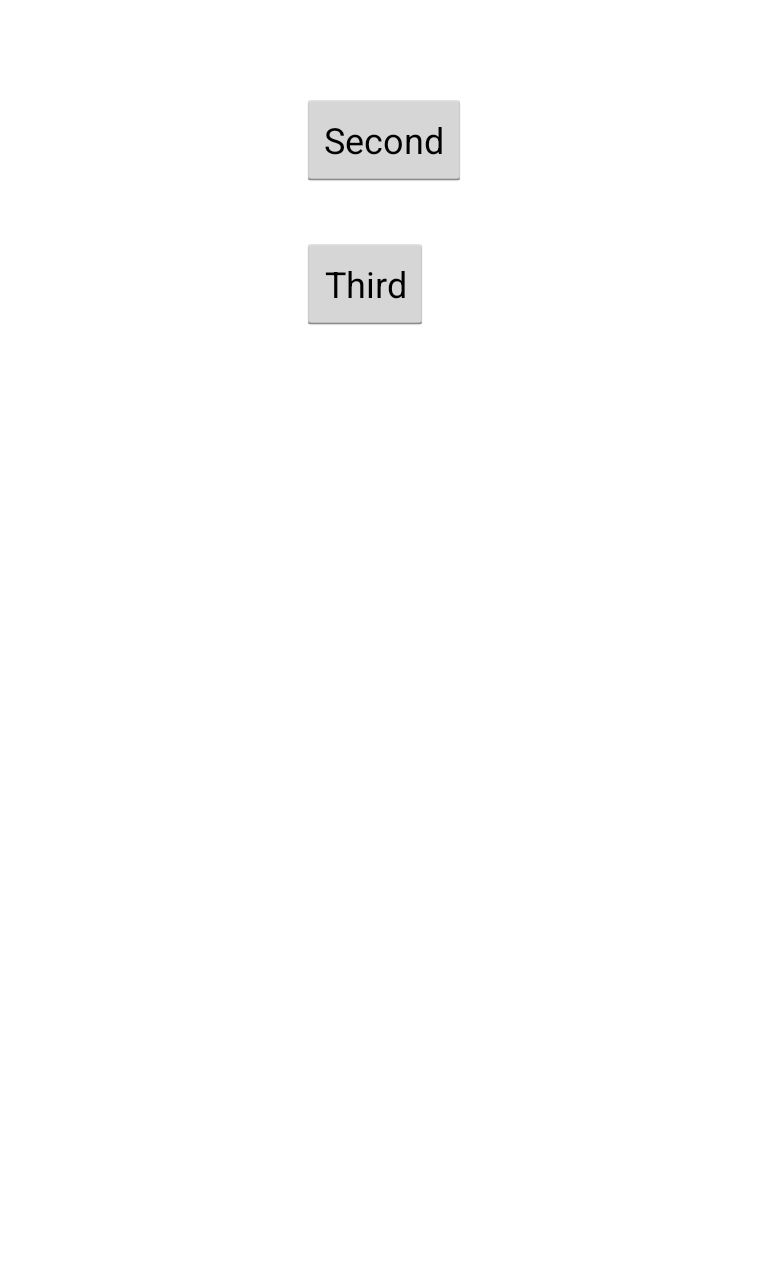
Repository: xunxian/Java-Web
Layout: AndroidTemplate/res/layout/main_layout.xml
An editor plug-in stored every save of this project. The layout is shown before and after the next save, followed by the edit.
It is drawn on a 768 x 1280 px phone screen (xhdpi) without system bars, with theme AppTheme; the app's code is not run.

Above is the layout before, as saved 2016-02-27 06:52:39.

### AndroidTemplate/res/layout/main_layout.xml
<RelativeLayout xmlns:android="http://schemas.android.com/apk/res/android"
    xmlns:tools="http://schemas.android.com/tools"
    android:layout_width="match_parent"
    android:layout_height="match_parent"
    android:paddingBottom="@dimen/activity_vertical_margin"
    android:paddingLeft="@dimen/activity_horizontal_margin"
    android:paddingRight="@dimen/activity_horizontal_margin"
    android:paddingTop="@dimen/activity_vertical_margin"
    tools:context=".MainLayoutActivity" >

    <Button
        android:id="@+id/button1"
        android:layout_width="wrap_content"
        android:layout_height="wrap_content"
        android:layout_alignParentTop="true"
        android:layout_centerHorizontal="true"
        android:layout_marginTop="30dp"
        android:text="Second" />

    <Button
        android:id="@+id/button2"
        android:layout_width="wrap_content"
        android:layout_height="wrap_content"
        android:layout_alignLeft="@+id/button1"
        android:layout_below="@+id/button1"
        android:layout_marginTop="24dp"
        android:text="Third" />

</RelativeLayout>

Loaded but not shown: AndroidTemplate/res/values/styles.xml (common file); AndroidTemplate/res/values-v11/styles.xml (common file); AndroidTemplate/res/values-v14/styles.xml (common file); AndroidTemplate/res/values/dimens.xml (common file)

After the next save:
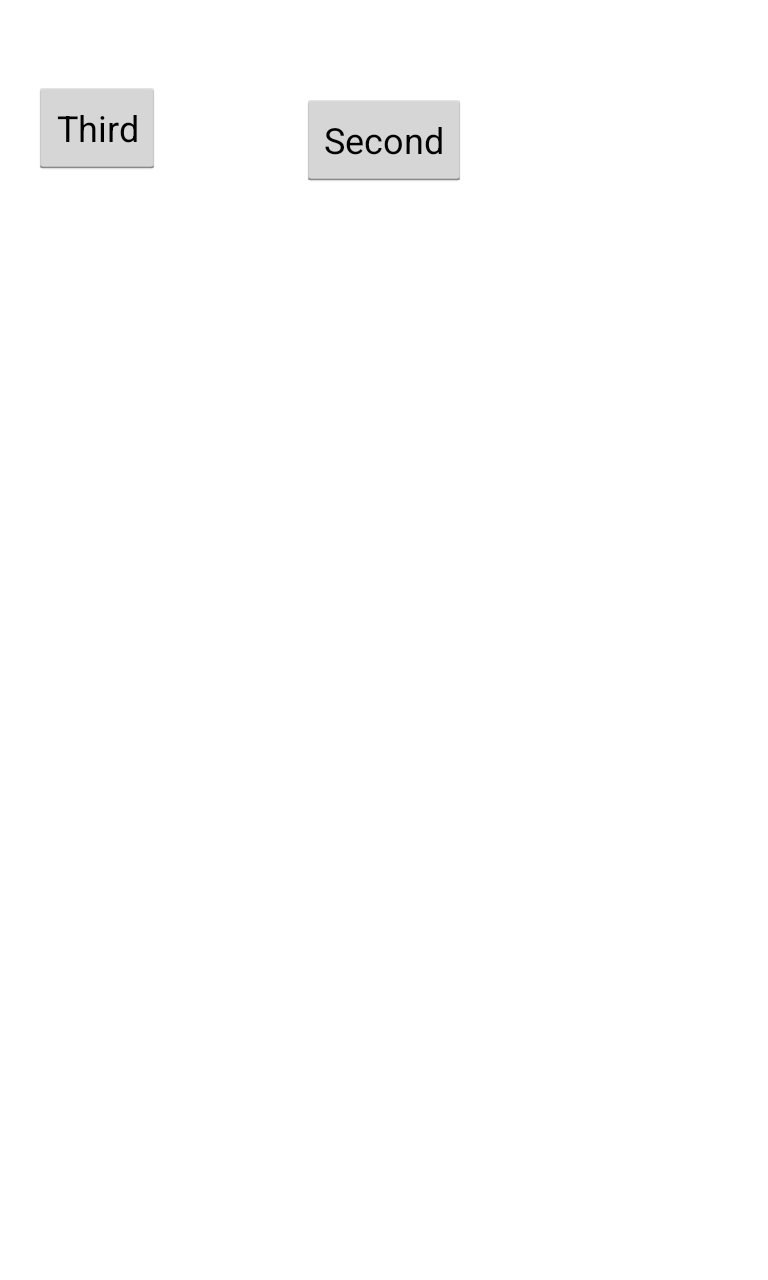
Saved 47 s later.
--- a/AndroidTemplate/res/layout/main_layout.xml
+++ b/AndroidTemplate/res/layout/main_layout.xml
@@ -9,7 +9,7 @@
     tools:context=".MainLayoutActivity" >
 
     <Button
-        android:id="@+id/button1"
+        android:id="@+id/button_second"
         android:layout_width="wrap_content"
         android:layout_height="wrap_content"
         android:layout_alignParentTop="true"

After the 3 saves that followed:
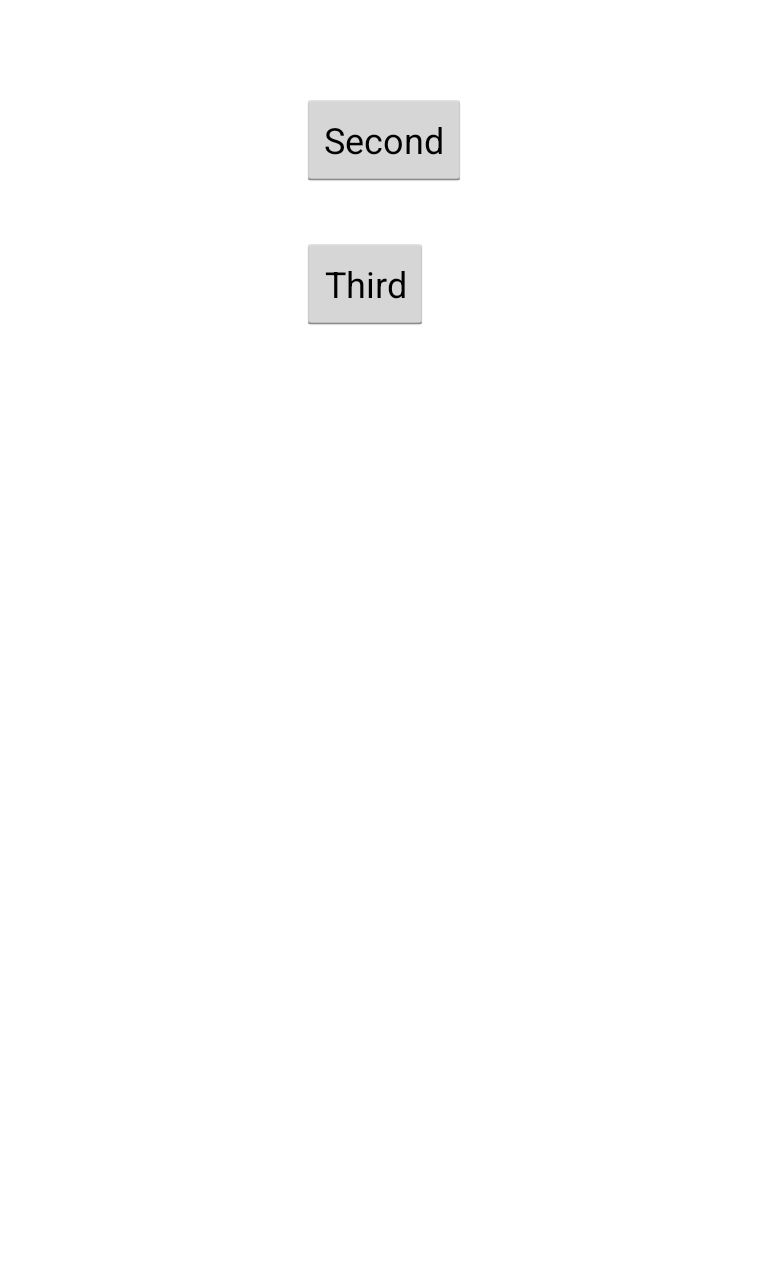
The 3 saves are shown as one change because 2 left the picture as it was.
The last was saved 27 s later.
--- a/AndroidTemplate/res/layout/main_layout.xml
+++ b/AndroidTemplate/res/layout/main_layout.xml
@@ -18,11 +18,11 @@
         android:text="Second" />
 
     <Button
-        android:id="@+id/button2"
+        android:id="@+id/button_third"
         android:layout_width="wrap_content"
         android:layout_height="wrap_content"
-        android:layout_alignLeft="@+id/button1"
-        android:layout_below="@+id/button1"
+        android:layout_alignLeft="@+id/button_second"
+        android:layout_below="@+id/button_second"
         android:layout_marginTop="24dp"
         android:text="Third" />
 
